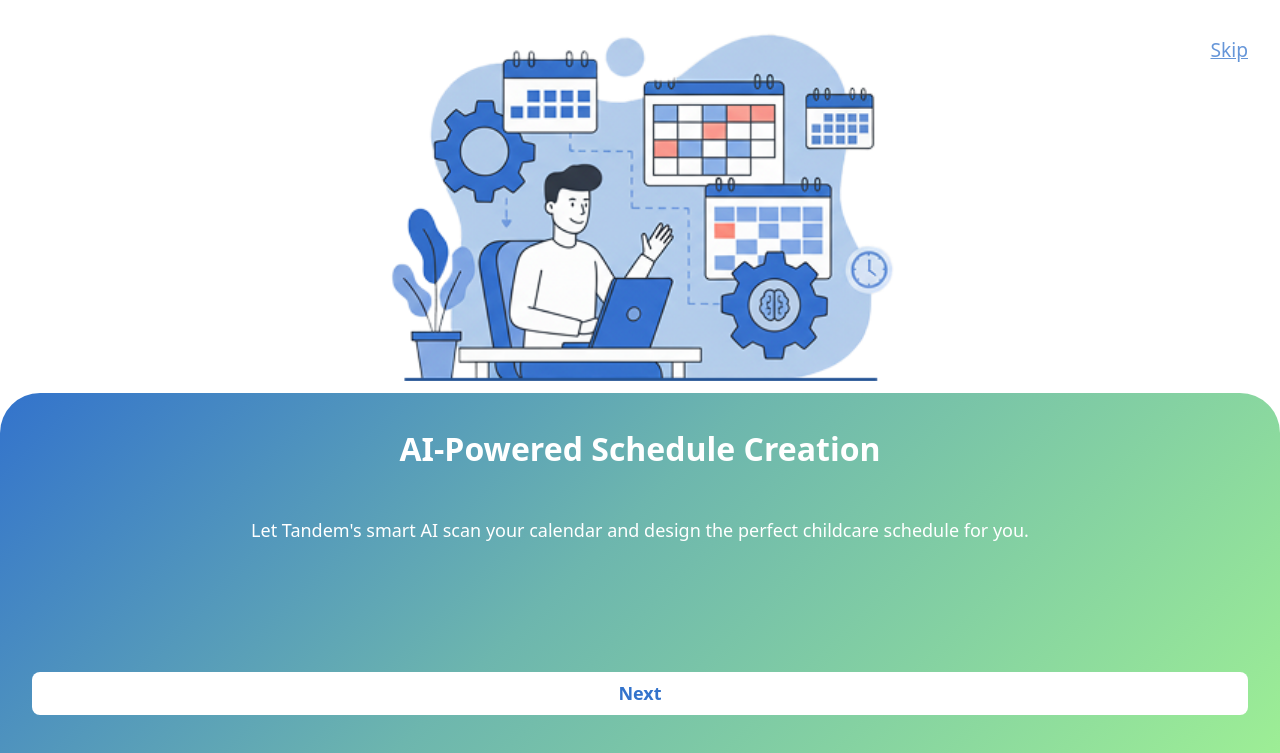
Repository: IDSP-TRADECARE/Tandem
Page: /boarding/features
These files come from the project's save history. The page is drawn as it stood at one moment and after the next save; the edit follows.
The browser window is 1280 px wide. The pictures show the whole page.
The page's requests for data from a server got no answer. Some web fonts or font styles are not loaded; a fallback is used. The project was rebuilt for these pictures with package versions that can differ from the ones it lists, and the page was loaded fresh each time. Some packages were replaced by stand-ins written for this rebuild. The framework's server and built-in components were replaced by stand-ins that run in the browser. No one was signed in, and anything a server would have sent is missing. Also part of the build but not shown: next.config.ts, src/app/components/auth/AuthGuard.tsx.

Above is the page before, as saved 2025-11-23 00:31:27.

After the next save:
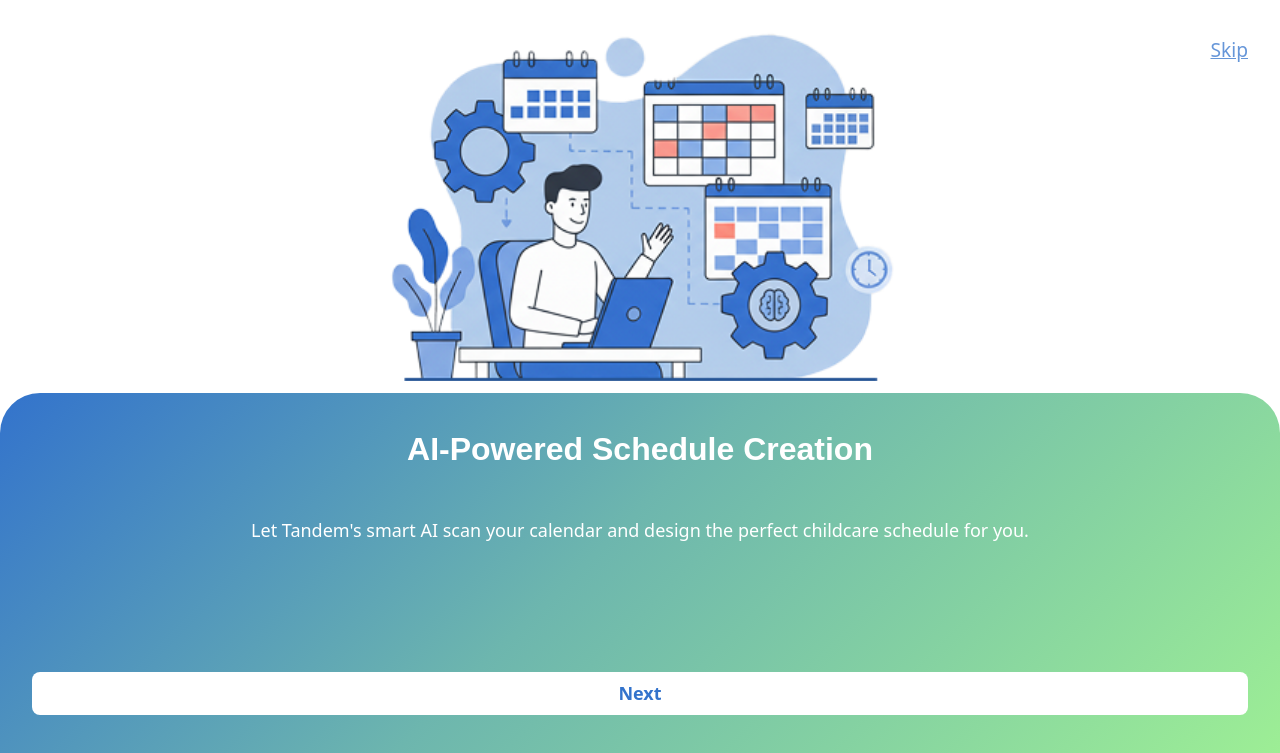
Saved 52 s later.
--- a/src/app/boarding/features/features.module.css
+++ b/src/app/boarding/features/features.module.css
@@ -91,6 +91,7 @@
 
 .title {
     font-size: 2rem;
+    font-family: var(--font-family-alan);
     font-weight: bold;
     color: #fff;
     margin-bottom: 2.75rem;
